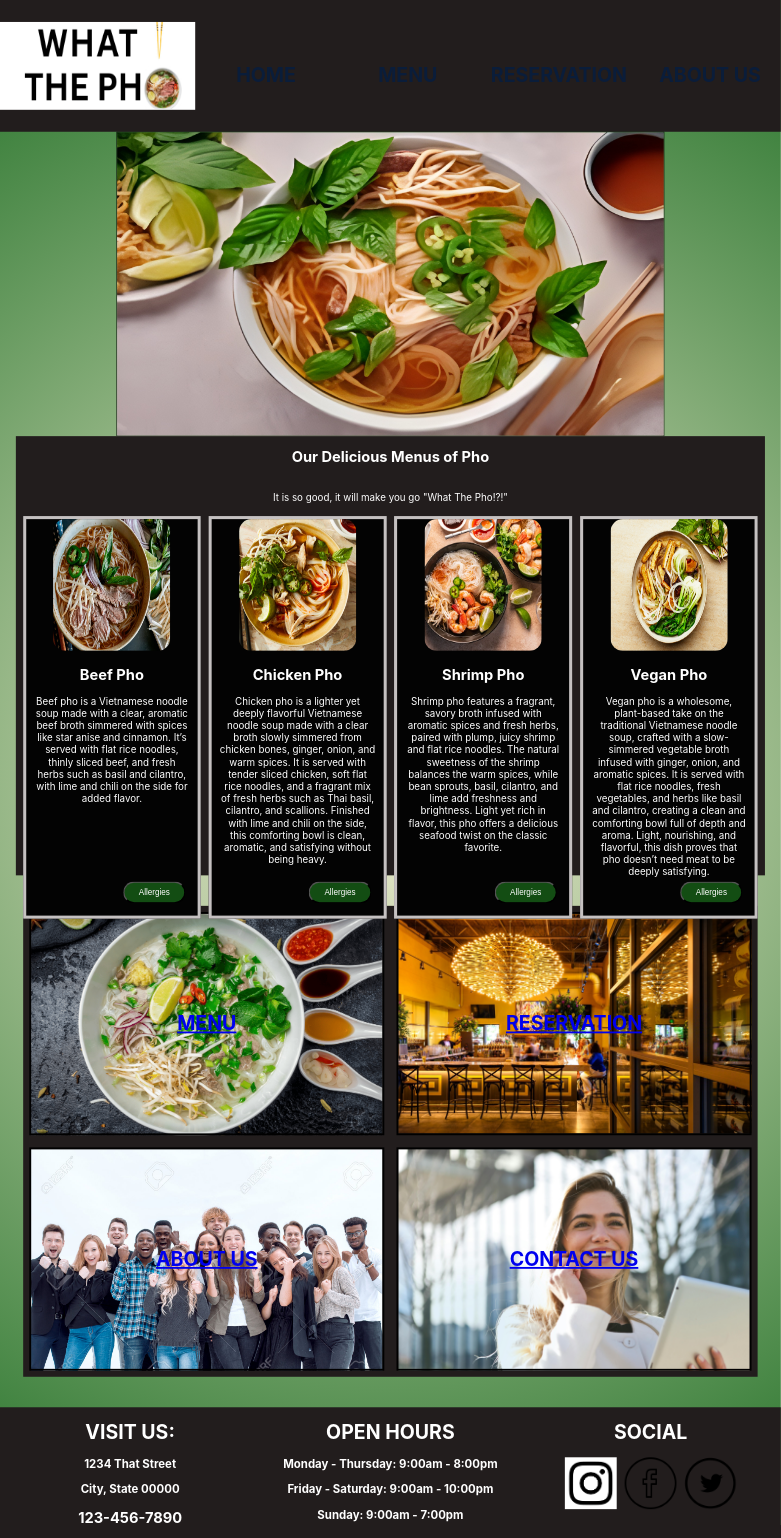
Repository: NguyenkhDang/Restaurant-Website
Page: /
The author's editor kept a copy of each file at every save. The page is drawn from the files as they stood at one save, then again after the next save.
The browser window is 1280 px wide. The pictures show the whole page, at 61% of full size.
The project was rebuilt for these pictures with package versions that can differ from the ones it lists, and the page was loaded fresh each time. Also part of the build but not shown: src/Pages/MenuPage.js, src/CSS/ReservationForm.css, src/ReservationForm.js, src/Pages/ReservationPage.js, src/CSS/AboutUs.css, src/Pages/AboutUsPage.js, src/CSS/ContactUs.css, src/Pages/ContactUsPage.js.

Above is the page before, as saved 2026-01-18 21:59:21.

### src/index.js
import React from 'react';
import ReactDOM from 'react-dom/client';
import './index.css';
import App from './App';
import reportWebVitals from './reportWebVitals';
import { BrowserRouter } from "react-router-dom";


const root = ReactDOM.createRoot(document.getElementById("root"));
root.render(
  <BrowserRouter>
    <App />
  </BrowserRouter>
);

// If you want to start measuring performance in your app, pass a function
// to log results (for example: reportWebVitals(console.log))
// or send to an analytics endpoint. Learn more: https://bit.ly/CRA-vitals
reportWebVitals();

### src/App.js

import './App.css';

import NavigationBar from './NavigationBar';
import Footer from "./Footer"
import {Routes, Route} from "react-router-dom"



import HomePage from "./Pages/HomePage"
import MenuPage from "./Pages/MenuPage"
import ReservationPage from "./Pages/ReservationPage"
import AboutUsPage from "./Pages/AboutUsPage"
import ContactUsPage from "./Pages/ContactUsPage"

function App() {


  return (
    <div className="home">
      <NavigationBar />

      <Routes>
        <Route path="/" element={<HomePage />} />
        <Route path="/menu" element={<MenuPage />} />
        <Route path="/reservation" element={<ReservationPage />} />
        <Route path="/aboutUs" element={<AboutUsPage />} />
        <Route path="contactUs" element={<ContactUsPage />} />
      </Routes>

      <Footer />
  </div>
);
}

export default App;

### src/App.css
html{
  -ms-overflow-style: none;
  scrollbar-width: none;
}

.home {
  display: grid;
  margin: 0;
  padding: 0;

  background: radial-gradient(
    circle,
    rgba(245, 240, 213, 1) 0%,
    rgba(38, 115, 42, 1) 100%
  );
  place-items: center;
  text-align: center;
  color: white;
}


html::-webkit-scrollbar {
  display: none;
}

### src/NavigationBar.js
import "./CSS/NavigationBar.css"
import Logo from "./image/CustomLogo2.png"
import { Link } from "react-router-dom"
const NavigationBar = () =>{



  return (
    <div className="navbar">
      <div className="logoImage">
        <img src= {Logo} />
      </div>
      <div className="wholeNavBar">
        <ul>
          <li>
            <Link className="nav-link nav-link-fade-up" to="/">HOME</Link>
          </li>
          <li>
            <Link className="nav-link nav-link-fade-up" to="/menu">MENU</Link>
          </li>
          <li>
            <Link className="nav-link nav-link-fade-up" to="/reservation">RESERVATION</Link>
          </li>
          <li>
            <Link className="nav-link nav-link-fade-up" to="/aboutUs">ABOUT US</Link>
          </li>
        </ul>

      </div>
    </div>
  )


}

export default NavigationBar

### src/Footer.js
import "./CSS/Footer.css"
import InstagramIcon from "./image/instagramIcon.png"
import FacebookIcon from "./image/facebookIcon.png"
import TwitterIcon from "./image/twitterIcon.png"
const Footer = () =>{

  return(
    <div className="footer">
      <div>
        <h1>VISIT US:</h1>
        <h3>1234 That Street</h3>
        <h3>City, State 00000</h3>

        <h2>123-456-7890</h2>
      </div>
      <div>
        <h1>OPEN HOURS</h1>
        <h3>Monday - Thursday: 9:00am - 8:00pm</h3>
        <h3>Friday - Saturday: 9:00am - 10:00pm</h3>
        <h3>Sunday: 9:00am - 7:00pm</h3>
      </div>
      <div>
        <h1>SOCIAL</h1>
        <a href="https://www.instagram.com/" target="_blank"><img src={InstagramIcon}/></a>
        <a href="https://www.facebook.com/" target="_blank"><img src={FacebookIcon}/></a>
        <a href="https://x.com/" target="_blank"><img src={TwitterIcon}/></a>
      </div>

    </div>
  )

}

export default Footer

### src/Pages/HomePage.js
import BackgroundImage from "../image/pho.jpg"
import BeefPho from "../image/beefPho.png"
import ChickenPho from "../image/chickenPho.jpg"
import ShrimpPho from "../image/shrimpPho.png"
import VeganPho from "../image/veganPho.jpg"

import ReadMore from "../Readmore"
import SectionContainer from "../SectionContainer"
import '../CSS/Home.css';

const HomePage = () =>{
  return(
    <>
      <img
        src={BackgroundImage}
        style={{maxWidth: "70vw", height: "auto", border: "1px solid black"}}
        alt="Pho Photo"
        />


      <div className="menu">
        <h2>Our Delicious Menus of Pho</h2>
        <p>It is so good, it will make you go "What The Pho!?!"</p>
        <div className="foodContainer">
          <div>
            <ReadMore
            image={BeefPho}
            title="Beef Pho"
            description="Beef pho is a Vietnamese noodle soup made with a clear, aromatic beef broth simmered with spices like star anise and cinnamon. It’s served with flat rice noodles, thinly sliced beef, and fresh herbs such as basil and cilantro, with lime and chili on the side for added flavor."
            allergies={[
              "Soy: hoisin sauce, soy sauce",
              "Fish: fish sauce",
              "Gluten: possible in sauces",
              "Shellfish: may be present",
              "Spices: star anise, cinnamon, cloves"
            ]}
          />

          </div>
          <div>
            <ReadMore
            image={ChickenPho}
            title="Chicken Pho"
            description="Chicken pho is a lighter yet deeply flavorful Vietnamese noodle soup made with a clear broth slowly simmered from chicken bones, ginger, onion, and warm spices. It is served with tender sliced chicken, soft flat rice noodles, and a fragrant mix of fresh herbs such as Thai basil, cilantro, and scallions. Finished with lime and chili on the side, this comforting bowl is clean, aromatic, and satisfying without being heavy."
            allergies={[
              "Soy: sauces",
              "Fish: fish sauce",
              "Spices: ginger, coriander"
            ]}
          />
          </div>
          <div>
            <ReadMore
            image={ShrimpPho}
            title="Shrimp Pho"
            description="Shrimp pho features a fragrant, savory broth infused with aromatic spices and fresh herbs, paired with plump, juicy shrimp and flat rice noodles. The natural sweetness of the shrimp balances the warm spices, while bean sprouts, basil, cilantro, and lime add freshness and brightness. Light yet rich in flavor, this pho offers a delicious seafood twist on the classic favorite."
            allergies={[
              "Shellfish: shrimp",
              "Fish: fish sauce",
              "Soy: sauces"
            ]}
          />
          </div>
          <div>
            <ReadMore
            image={VeganPho}
            title="Vegan Pho"
            description="Vegan pho is a wholesome, plant-based take on the traditional Vietnamese noodle soup, crafted with a slow-simmered vegetable broth infused with ginger, onion, and aromatic spices. It is served with flat rice noodles, fresh vegetables, and herbs like basil and cilantro, creating a clean and comforting bowl full of depth and aroma. Light, nourishing, and flavorful, this dish proves that pho doesn’t need meat to be deeply satisfying."
            allergies={[
              "Soy: tofu, sauces",
              "Gluten: possible in sauces"
            ]}
          />
          </div>
        </div>
      </div>
      <SectionContainer />
    </>
  )
}
export default HomePage

### src/CSS/NavigationBar.css
.navbar{
  background-color: rgb(34, 29, 29);
  display: grid;
  grid-template-columns: 25% 75%;
  width: 100vw;
  height: 25vh;
  padding-top: 5vh;
}
.wholeNavBar{
  height: 10vh;
}

.logoImage img{
  height: 20vh;
  width: 25vw;
  object-fit: fill;
  object-position: center;
}

ul{
  align-items: center;
  list-style-type: none;
  display: grid;
  place-items: center;
  grid-template-columns: 1fr 1fr 1fr 1fr;
  margin-top: 5%;
  padding: 0;
}
li a{
  font-size: 2em;
  text-align: center;
  padding: 14px 16px;
}
.nav-link {
  font-weight: bold;
  font-size: 2em;
  text-transform: uppercase;
  text-decoration: none;
  color: #031D44;
  padding: 20px 0px;
  margin: 0px 20px;
  display: inline-block;
  position: relative;
  opacity: 0.75;
}

.nav-link:hover {
  opacity: 1;
}

.nav-link::before {
  transition: 300ms;
  height: 5px;
  content: "";
  position: absolute;
  background-color: #031D44;
}

### src/CSS/Footer.css
.footer{
  background-color: rgb(34, 29, 29);
  display: grid;
  grid-template-columns: repeat(3, 1fr);
  width: 100vw;
}

.footer img{
  width: 20%;
}

.footer a{
  margin: 0 0.5vw;
}

### src/Readmore.js
import { useState } from "react";
import "./CSS/Readmore.css"
function ReadMore({ image, title, description, allergies }) {
  const [showMore, setShowMore] = useState(false);

  return (
    <div className={`descriptionContainer ${showMore ? "isExpand ": ""}`}>
      <img src={image} style={{ width: "15vw", height: "30vh" }} alt={title} />

      <h2>{title}</h2>

      <p>
        {description}

        {showMore && (
          <ul className="list">
            {allergies.map((item, index) => (
              <li key={index}>{item}</li>
            ))}
          </ul>
        )}
      </p>

      <button className="btnShowMore" onClick={() => setShowMore(!showMore)}>
        {showMore ? "Close" : "Allergies"}
      </button>
    </div>
  );
}
export default ReadMore;

### src/SectionContainer.js
import "./CSS/SectionContainer.css"

import MenuImage from "./image/menuImage.jpg"
import ReservationImage from "./image/reservationImage.jpg"
import AboutUsImage from "./image/aboutusImage.jpg"
import ContactusImage from "./image/contactusImage.jpg"

import { Link } from "react-router-dom"
const SectionContainer = ()=>{

  return(
    <div className="containerMain">

      <Link to="/menu">
        <div style={{ backgroundImage: `url(${MenuImage})`}}>
          <h1>MENU</h1>
        </div>
      </Link>


      <Link to="/reservation">
        <div style={{ backgroundImage: `url(${ReservationImage})`}}>
          <h1>RESERVATION</h1>
        </div>
      </Link>

      <Link to="/aboutUs">
        <div style={{ backgroundImage: `url(${AboutUsImage})`}}>
          <h1>ABOUT US</h1>
        </div>
      </Link>

      <Link to="/contactUs">
        <div style={{ backgroundImage: `url(${ContactusImage})`}}>
          <h1>CONTACT US</h1>
        </div>
      </Link>
    </div>
  )
}

export default SectionContainer;

### src/CSS/Home.css
.menu {
  display: grid;
  grid-template-rows: repeat(3, 1fr);
  place-items: center;
  gap: 5px;

  width: 96vw;
  height: 100vh;
  margin: 0 2vw;

  background-color: rgb(34, 29, 29);
}

.foodContainer {
  display: grid;
  grid-template-columns: repeat(4, 1fr);
  place-items: center;
  height: auto;
  gap: 1vw;
  padding: 0;
}


#label{
  font-weight: bolder;
  font-size: 1.25em;
}

### src/CSS/Readmore.css
.descriptionContainer{
  display: block;
  width: 20vw;
  height: auto;
  min-height: 650px;
  padding-top: 2.5vh;
  position: relative;
  overflow: hidden;
  transition: all 0.5s ease-in-out;
  background-color: rgb(3, 3, 3);
  border: 5px solid rgb(197, 193, 193);
  padding: 0 1vw;
  margin-bottom: 50px ;
}
.descriptionContainer.isExpand{
  min-height: 720px;
}
.descriptionContainer img{
  width: 20%;
  height: 20%;
  border-radius: 20px;
}
.list{
  display: grid;
  grid-template-columns: repeat(1, 1fr);
}
.list li{
  height: auto;
  width: 70%;
}

.btnShowMore{
  background-color: rgb(19, 77, 19);
  position: absolute;
  bottom: 20px;
  right: 20px;
  height: 5vh;
  width: 8vw;
  border-radius: 50px ;
  color: white
}

### src/CSS/SectionContainer.css
.containerMain{
  display: grid;
  background-color: rgb(34, 29, 29);
  grid-template-columns: repeat(2, 1fr);
  grid-template-rows: repeat(2, 1fr);
  margin-top: 50px;
  margin-bottom: 50px;
}

.containerMain div{
  display: flex;
  justify-content: center;
  align-items: center;
  text-align: center;
  width: 45vw;
  height: 50vh;
  margin: 10px;

  background-size: cover;
  background-position: center;
  background-repeat: no-repeat;

  border: 3px solid black;
}

Loaded but not shown: public/index.html (common file); src/index.css (common file); src/reportWebVitals.js (common file)

After the next save:
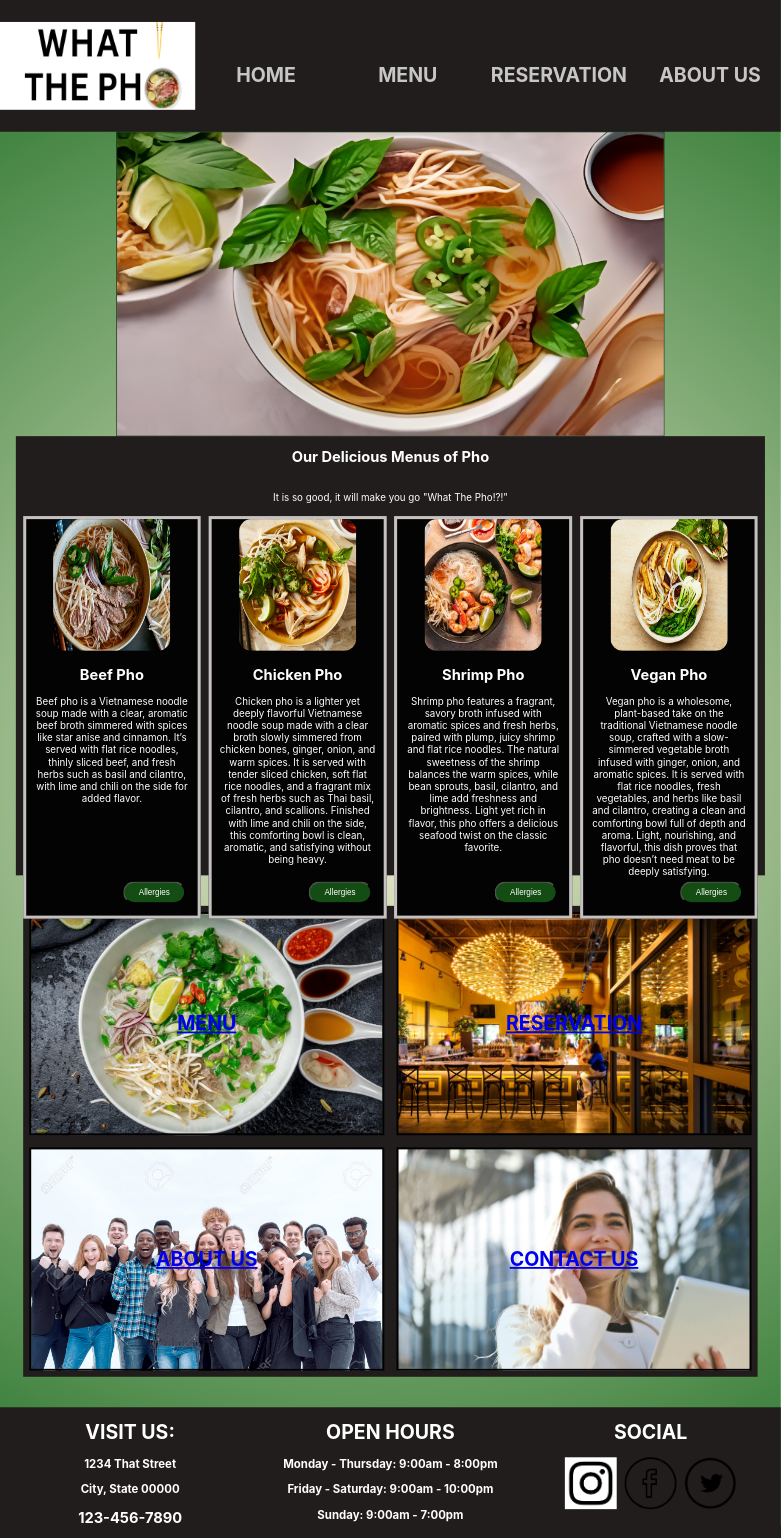
Saved 6 s later.
--- a/src/CSS/NavigationBar.css
+++ b/src/CSS/NavigationBar.css
@@ -36,7 +36,7 @@ li a{
   font-size: 2em;
   text-transform: uppercase;
   text-decoration: none;
-  color: #031D44;
+  color: #ffffff;
   padding: 20px 0px;
   margin: 0px 20px;
   display: inline-block;
